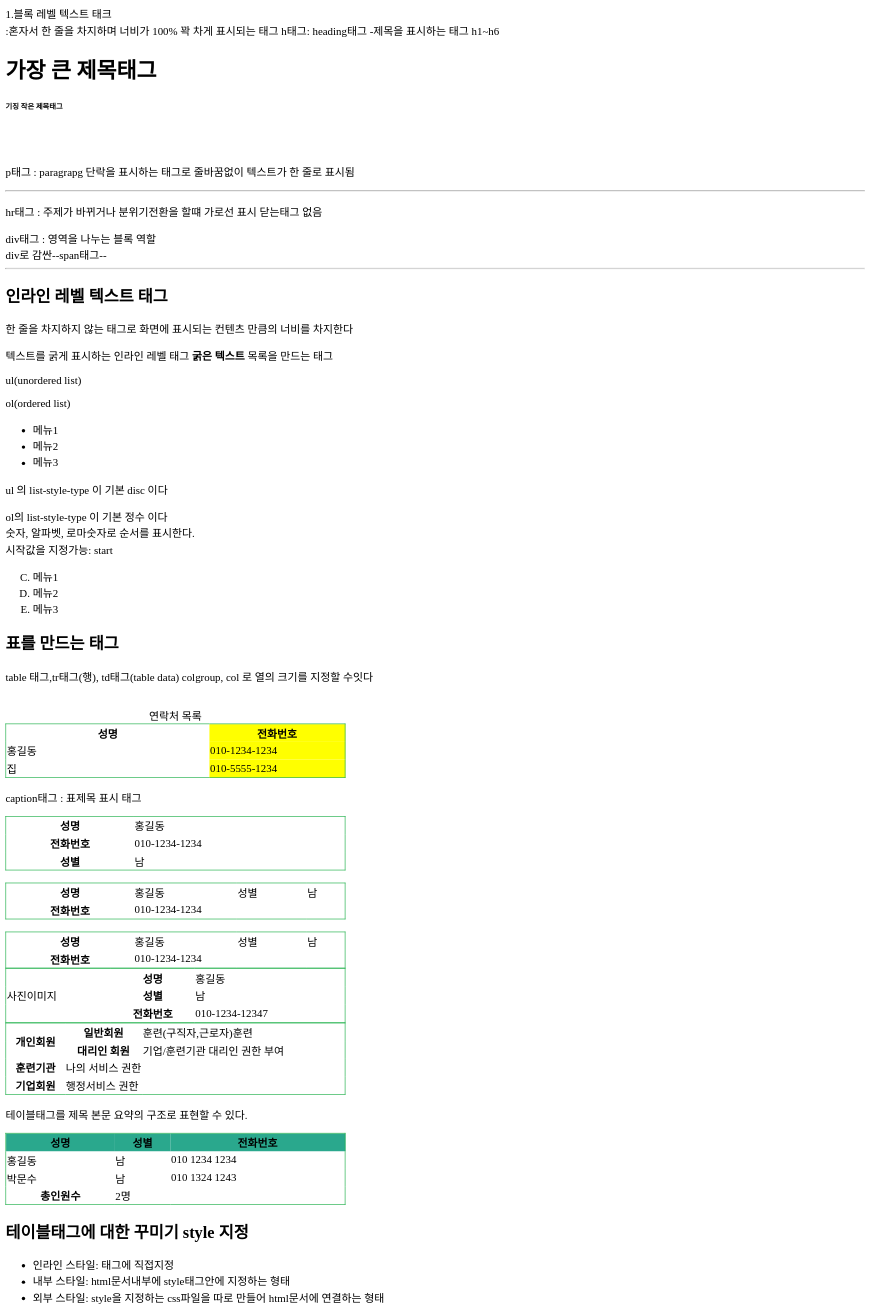
Repository: hana825/Web
Page: web/WebContent/index.html
An editor plug-in stored every save of this project. The page is shown before and after the next save, followed by the edit.
The browser window is 1280 px wide. The pictures show the whole page, at 68% of full size.

Above is the page before, as saved 2022-03-17 08:08:42.

### web/WebContent/index.html
<!DOCTYPE html>
<html>
<head>
<meta charset="UTF-8">
<title>Insert title here</title>

<style>
table{width:500px;
	  border-collapse: collapse;
	  border: 1px solid #29b352;
}
thead {background-color : #2aa88d}
th td {border: 1px solid #29b352;}
</style>
</head>

<body>
1.블록 레벨 텍스트 태크<br>
:혼자서 한 줄을 차지하며 너비가 100% 꽉 차게 표시되는 태그

h태그: heading태그 -제목을 표시하는 태그 h1~h6
<h1>가장 큰 제목태그</h1>
<h6>기징 작은 제목태그</h6>
<br><br>
<p>
p태그 : paragrapg 단락을 표시하는 태그로
줄바꿈없이 텍스트가 한 줄로 표시됨
</p>
<hr>

<p>
hr태그 : 주제가 바뀌거나 분위기전환을 할떄 가로선 표시
닫는태그 없음
</p>
<div>
div태그 : 영역을 나누는 블록 역할
</div>

<div> div로 감싼<span>--span태그--</span>
</div>


<hr>

<h2>인라인 레벨 텍스트 태그</h2>
<p> 한 줄을 차지하지 않는 태그로 화면에 표시되는 컨텐츠 만큼의 너비를 차지한다
</p>
<!-- 실행에서 제외하고자 하는 코드는 주석처리 -->
텍스트를 굵게 표시하는 인라인 레벨 태그
<strong>굵은 텍스트
</strong>
목록을 만드는 태그
<p>ul(unordered list)</p>
<p>ol(ordered list)</p>
<ul>
	<li>메뉴1</li>
	<li>메뉴2</li>
	<li>메뉴3</li>
</ul>
<p>ul 의 list-style-type 이 기본 disc 이다</p>
<p>ol의 list-style-type 이 기본 정수 이다<br>
   숫자, 알파벳, 로마숫자로 순서를 표시한다.<br>
   시작값을 지정가능: start<br>
</p>

<ol start='3' type="A">
	<li>메뉴1</li>
	<li>메뉴2</li>
	<li>메뉴3</li>
</ol>

<h2>표를 만드는 태그</h2>
<p>table 태그,tr태그(행), td태그(table data)
colgroup, col 로 열의 크기를 지정할 수잇다
</p><br>

<table >
	<colgroup>
		<col style='width:150px'>
		<col style='width:100px; background-color:yellow'>
	</colgroup>
	<caption>연락처 목록</caption>
	<tr><th>성명</th><th>전화번호</th></tr>
	<tr><td>홍길동</td><td>010-1234-1234</td></tr>
	<tr><td>집</td><td>010-5555-1234</td></tr>
</table>

<p> caption태그 : 표제목 표시 태그
</p>

<table  >
	<tr><th>성명</th>
		<td>홍길동</td>
	</tr>
		<tr><th>전화번호</th>
		<td>010-1234-1234</td>
	</tr>
		<tr><th>성별</th>
		<td>남</td>
	</tr>
</table>
<br>
<table  >
	<tr><th>성명</th>
		<td>홍길동</td>
		<td>성별</td>
		<td>남</td>
	</tr>
		<tr><th>전화번호</th>
		<td colspan='3'>010-1234-1234</td>

</table>
<br>

<table  >
	<tr><th>성명</th>
		<td>홍길동</td>
		<td>성별</td>
		<td>남</td>
	</tr>
		<tr><th>전화번호</th>
		<td colspan='3'>010-1234-1234</td>

</table>

<table  >
	<tr><td rowspan ='3'>사진이미지</td>
		<th>성명</th>
		<td>홍길동</td>
	</tr>
	<tr>
		<th>성별</th>
		<td>남</td>
	</tr>
		<tr>
		<th>전화번호</th>
		<td>010-1234-12347</td>
	</tr>

</table>

<table  >
	<tr><th rowspan ='2'>개인회원</th>
		<th>일반회원</th>
		<td>훈련(구직자,근로자)훈련</td>
	</tr>
	<tr>
		<th>대리인 회원</th>
		<td>기업/훈련기관 대리인 권한 부여</td>
	</tr>
	<tr>
		<th>훈련기관</th>
		<td colspan='2'>나의 서비스 권한</td>
	</tr>
	<tr>
		<th>기업회원</th>
		<td colspan='2'>행정서비스 권한</td>
	</tr>


</table>
<p>
테이블태그를 제목 본문 요약의 구조로 표현할 수 있다.
</p>
<table >
	<thead>
		<tr>
			<th>성명</th>
			<th>성별</th>
			<th>전화번호</th>
		</tr>
	</thead>
	<tbody>
		<tr>
			<td>홍길동</td>
			<td>남</td>
			<td>010 1234 1234</td>
		</tr>
		<tr>
			<td>박문수</td>
			<td>남</td>
			<td>010 1324 1243</td>
		</tr>
	</tbody>
	<tfoot>
		<tr>
			<th>총인원수</th>
			<td colspan='2'>2명</td>
		</tr>
	</tfoot>
</table>

<h2>테이블태그에 대한 꾸미기 style 지정</h2>
<ul>
	<li>인라인 스타일: 태그에 직접지정</li>
	<li>내부 스타일: html문서내부에 style태그안에 지정하는 형태</li>
	<li>외부 스타일: style을 지정하는 css파일을 따로 만들어 html문서에 연결하는 형태</li>
</ul>












</body>
</html>

After the next save:
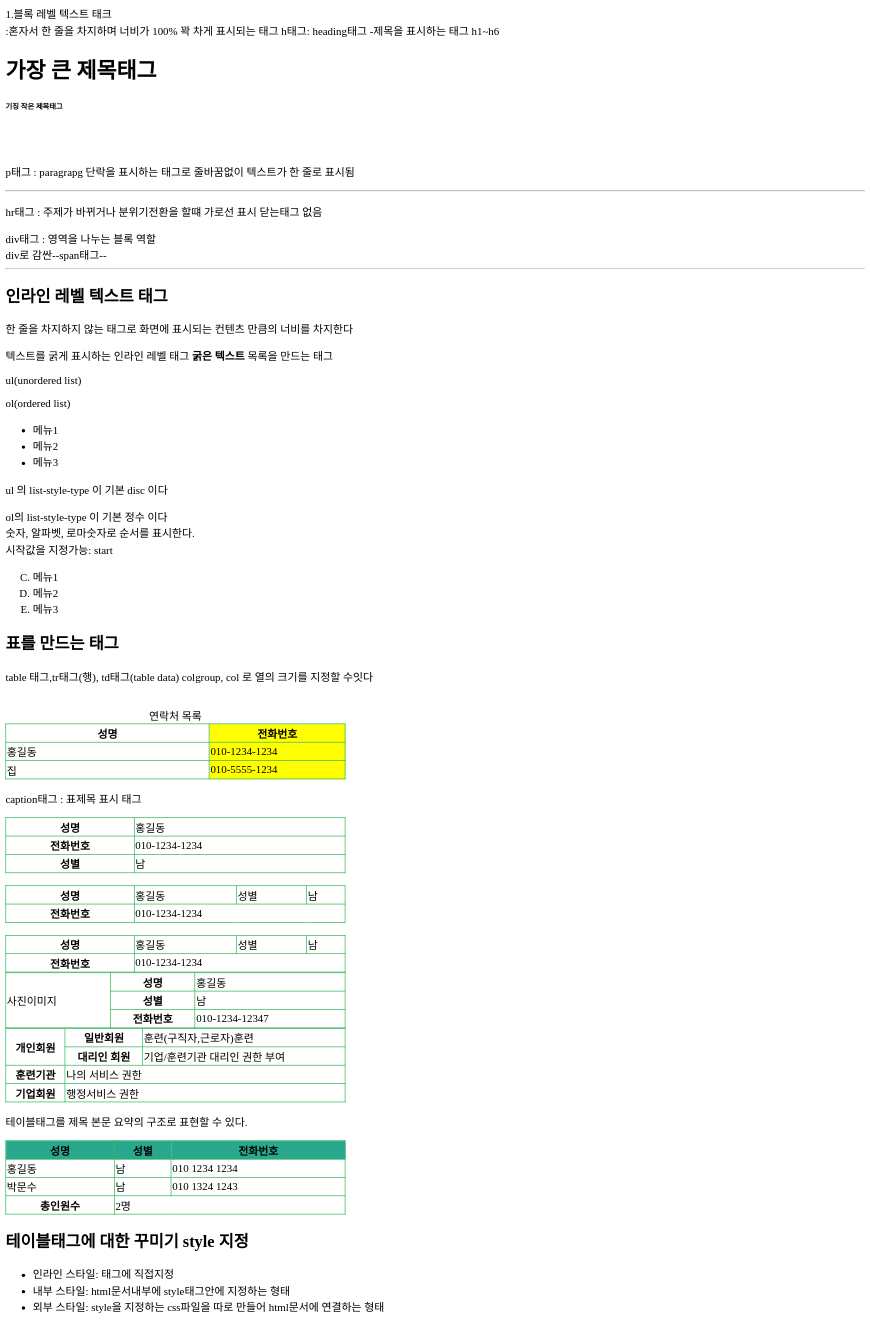
Saved 21 s later.
--- a/web/WebContent/index.html
+++ b/web/WebContent/index.html
@@ -9,8 +9,10 @@ table{width:500px;
 	  border-collapse: collapse;
 	  border: 1px solid #29b352;
 }
-thead {background-color : #2aa88d}
-th td {border: 1px solid #29b352;}
+thead {background-color : #2aa88d;
+}
+th, td {border: 1px solid #29b352;
+}
 </style>
 </head>
 
